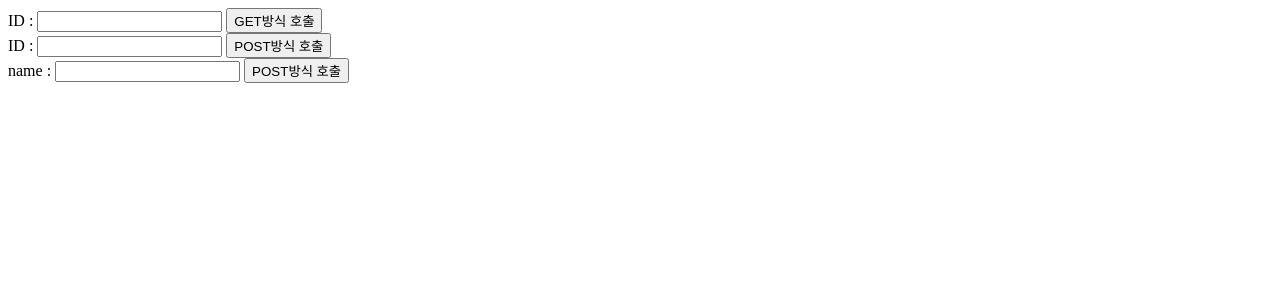
Repository: skim24245/web_workspace_src
Page: Lecture-Web/src/main/webapp/Servlet/method.html
The author's editor kept a copy of each file at every save. The page is drawn from the files as they stood at one save, then again after the next save.
The browser window is 1280 px wide. The pictures show the whole page.

Above is the page before, as saved 2022-06-02 02:38:51.

### Lecture-Web/src/main/webapp/Servlet/method.html
<!DOCTYPE html>
<html>
<head>
<meta charset="UTF-8">
<title>Insert title here</title>
</head>
<body>
<!-- http://localhost:9999/Lecture-Web/method 요청 -->


<form action="/Lecture-Web/method" method="get">
ID : <input type="text" name="id">
	 <input type="submit" value ="GET방식 호출">

</form>


<!-- http://localhost:9999/Lecture-Web/method 요청 -->
<form action="/Lecture-Web/method" method="post">
ID : <input type="text" name="id">
	 <input type="submit" value ="POST방식 호출">
</form>

<!-- http://localhost:9999/Lecture-Web/method 요청 -->
<form action="/Lecture-Web/method" method="post">
name : <input type="text" name="id">
	 <input type="submit" value ="POST방식 호출">
</form>




</body>
</html>

After the next save:
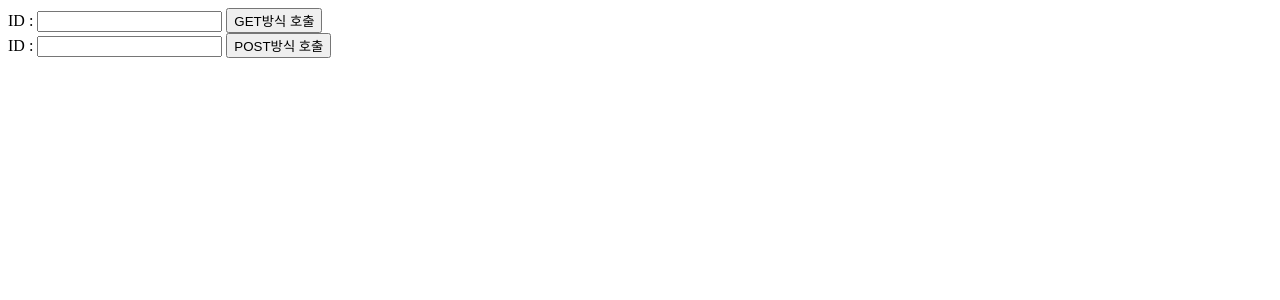
Saved 23 s later.
--- a/Lecture-Web/src/main/webapp/Servlet/method.html
+++ b/Lecture-Web/src/main/webapp/Servlet/method.html
@@ -21,13 +21,6 @@ ID : <input type="text" name="id">
 	 <input type="submit" value ="POST방식 호출">
 </form>
 
-<!-- http://localhost:9999/Lecture-Web/method 요청 -->
-<form action="/Lecture-Web/method" method="post">
-name : <input type="text" name="id">
-	 <input type="submit" value ="POST방식 호출">
-</form>
-
-
 
 
 </body>
